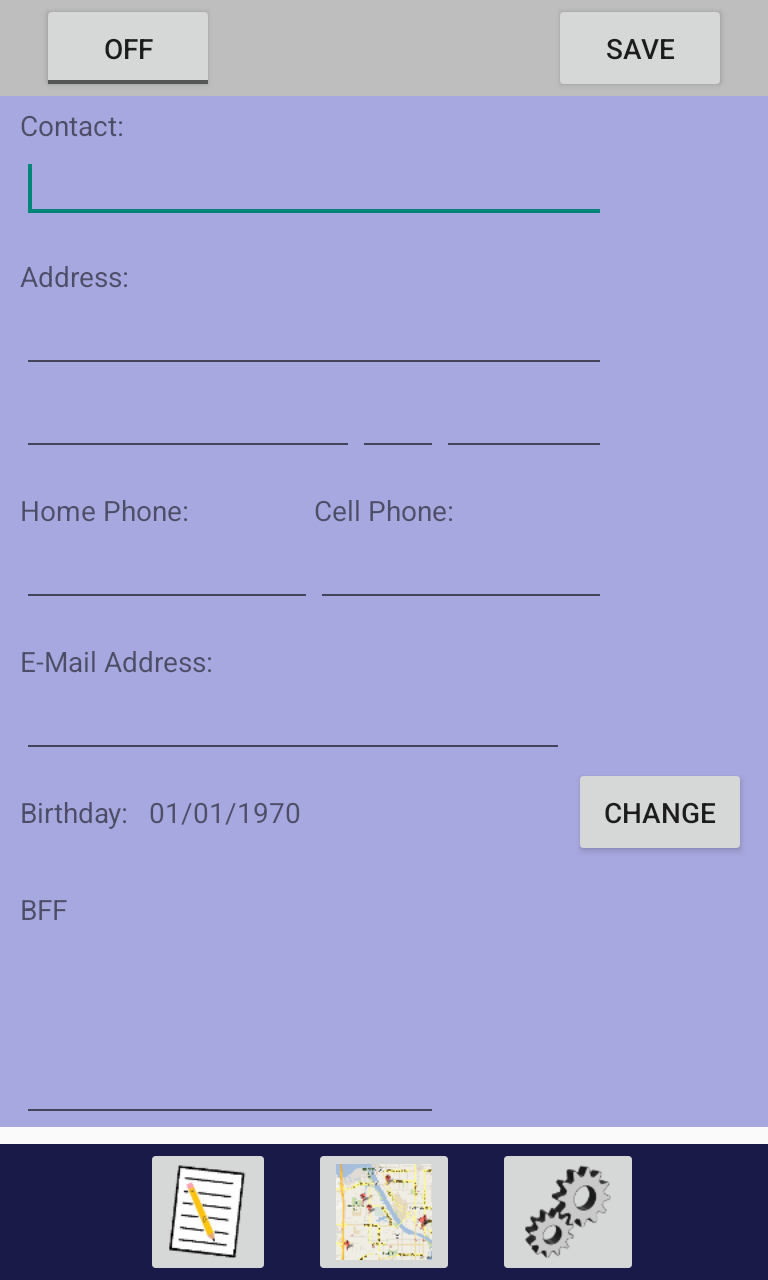
Repository: MobileApps-Cascadia/JenniferBronson_ExercisesChapter5
Layout: MyContactList/res/layout/activity_contact.xml
These files come from the project's save history. The layout is drawn as it stood at one moment and after the next save; the edit follows.
It is drawn on a 768 x 1280 px phone screen (xhdpi) without system bars, with theme AppTheme; the app's code is not run.

Above is the layout before, as saved 2014-05-04 23:20:58.

After the next save:
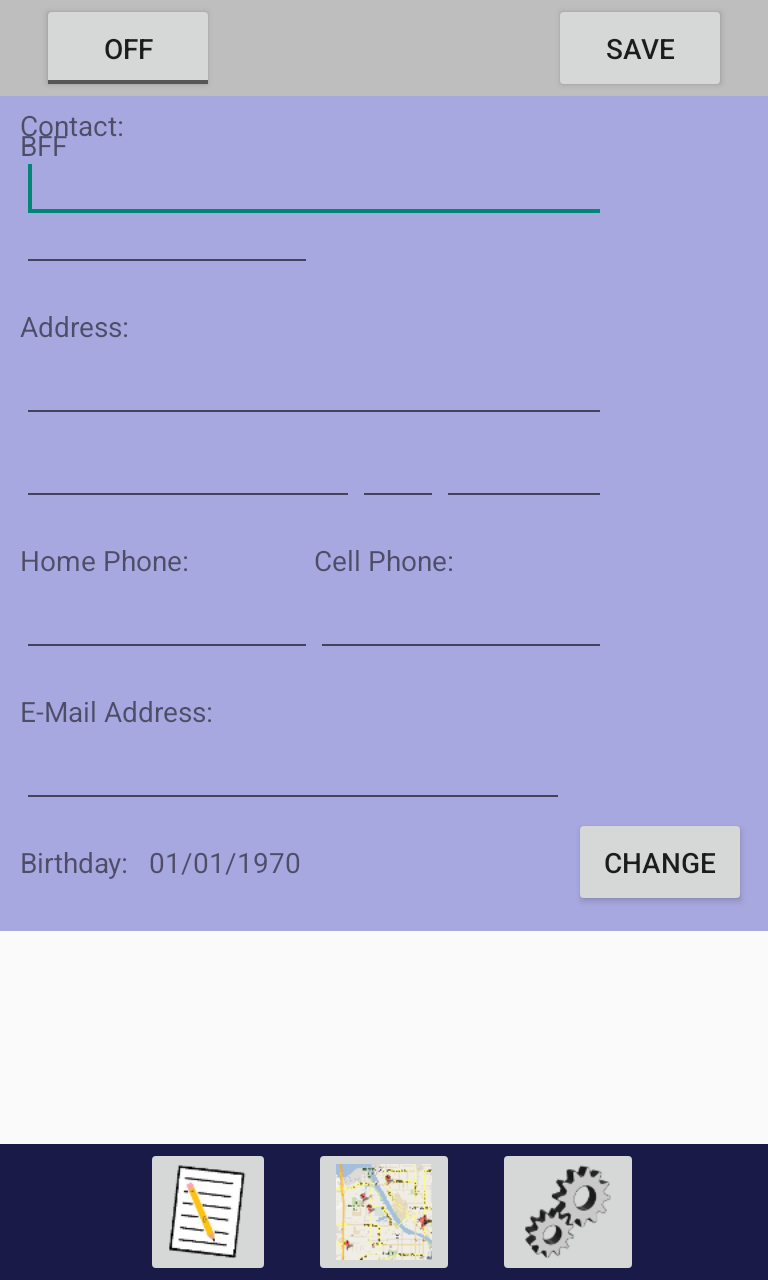
Saved 25 min 29 s later.
--- a/MyContactList/res/layout/activity_contact.xml
+++ b/MyContactList/res/layout/activity_contact.xml
@@ -112,12 +112,42 @@
                 <requestFocus/>
             </EditText>
 
+
+
+            <TextView
+                android:id="@+id/textBFF"
+                android:layout_width="wrap_content"
+                android:layout_height="wrap_content"
+                android:text="BFF"
+                android:layout_alignParentLeft="true"
+                android:layout_alignParentTop="true"
+                android:layout_marginLeft="10dp"
+                android:layout_marginTop="15dp"
+                android:layout_below="@+id/editName"
+                android:textAppearance="?android:attr/textAppearanceSmall"
+
+                />
+
+            <EditText
+                android:id="@+id/editBFF"
+                android:layout_width="wrap_content"
+                android:layout_height="wrap_content"
+                android:layout_alignParentLeft="true"
+                android:layout_below="@+id/textBFF"
+                android:layout_marginLeft="10dp"
+                android:layout_marginTop="15dp"
+                android:layout_toLeftOf="@+id/textCell"
+                android:ems="10"
+                android:inputType="number" >
+
+             </EditText>
+
             <TextView
                 android:id="@+id/textAddress"
                 android:layout_width="wrap_content"
                 android:layout_height="wrap_content"
                 android:layout_alignParentLeft="true"
-                android:layout_below="@+id/editName"
+                android:layout_below="@+id/editBFF"
         		android:layout_marginLeft="10dp"
         		android:layout_marginTop="15dp"
         		android:text="Address:"
@@ -277,29 +307,7 @@
                 android:layout_marginRight="10dp"
                 android:layout_alignBaseline="@+id/textBirthday" />
 
-            <TextView
-                android:id="@+id/textBFF"
-                android:layout_width="wrap_content"
-                android:layout_height="wrap_content"
-                android:text="BFF"
-                android:layout_alignParentLeft="true"
-                android:layout_marginLeft="10dp"
-                android:layout_marginTop="15dp"
-                android:layout_below="@+id/btnBirthday"
-                android:paddingBottom="25dp"
-                />
-
-            <EditText
-                android:id="@+id/editBFF"
-                android:layout_width="wrap_content"
-                android:layout_height="wrap_content"
-                android:ems="10"
-                android:inputType="number"
-                 android:layout_alignParentLeft="true"
-                android:layout_marginLeft="10dp"
-                android:layout_marginTop="15dp"
-                android:layout_below="@+id/textBFF"
-                android:paddingBottom="25dp"/>
+
 
         </RelativeLayout>
     </ScrollView>
